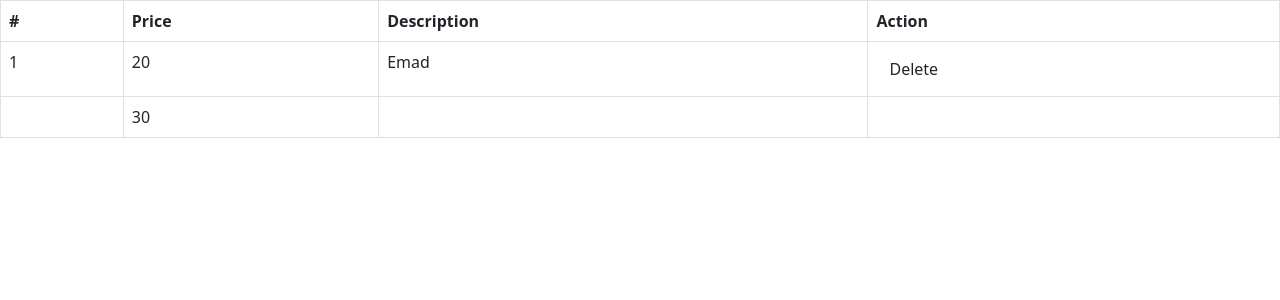
Repository: Emadkhanqai/react-app-code-with-mosh-expense-tracker
Page: /
These files come from the project's save history. The page is drawn as it stood at one moment and after the next save; the edit follows.
The browser window is 1280 px wide. The pictures show the whole page.
The project was rebuilt for these pictures with package versions that can differ from the ones it lists, and the page was loaded fresh each time. Also part of the build but not shown: vite.config.ts.

Above is the page before, as saved 2023-05-01 21:24:02.

After the next save:
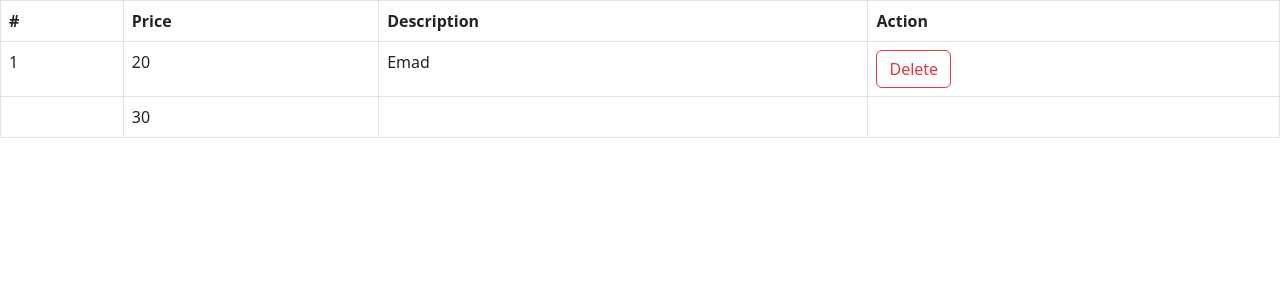
Saved 7 s later.
--- a/src/expense-tracker/expense-list.tsx
+++ b/src/expense-tracker/expense-list.tsx
@@ -17,7 +17,7 @@ const ExpenseList = () => {
             <td>20</td>
             <td>Emad</td>
             <td>
-                <button className="btn btn-outline danger">Delete</button>
+                <button className="btn btn-outline-danger">Delete</button>
             </td>
         </tr>
     </tbody>
